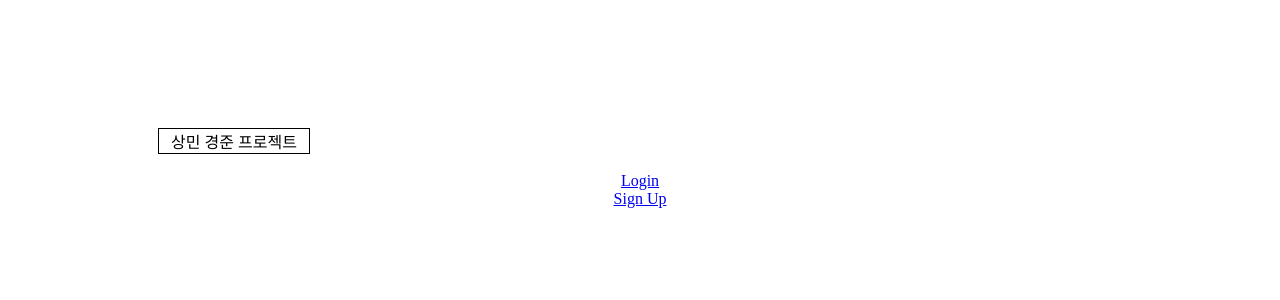
Repository: smandkd/Multicampus_Frontend
Page: http://localhost/Mulcam_Project/jsp/start.jsp
These files come from the project's save history. The page is drawn as it stood at one moment and after the next save; the edit follows.
The browser window is 1280 px wide. The pictures show the whole page.
The page is served by Tomcat 9.

Above is the page before, as saved 2022-01-30 02:26:57.

### Mulcam_Project/jsp/start.jsp
<%@ page contentType="text/html; charset=utf-8"
    pageEncoding="EUC-KR"%>
<!DOCTYPE html>
<html>
<head>
<meta name="viewport" content="width=device-width, initial-scale=1.0">
<style type="text/css">
.a {
	text-align:center;
	padding-top:120px;
}
#b {
	border:1px solid;
	width:150px;
	margin-left:150px;
	margin-right:150px;
}
</style>
</head>
<body>
<div class="a">
<div id="b">
 상민 경준 프로젝트
</div>
 <br/>
 	<a href="test_login.jsp">Login</a>
 	<br/>
 	<a href="test_signup.jsp">Sign Up</a>
</div>

</body>
</html>
<!--
 메인페이지

-- 로그인, 회원가입
-->

After the next save:
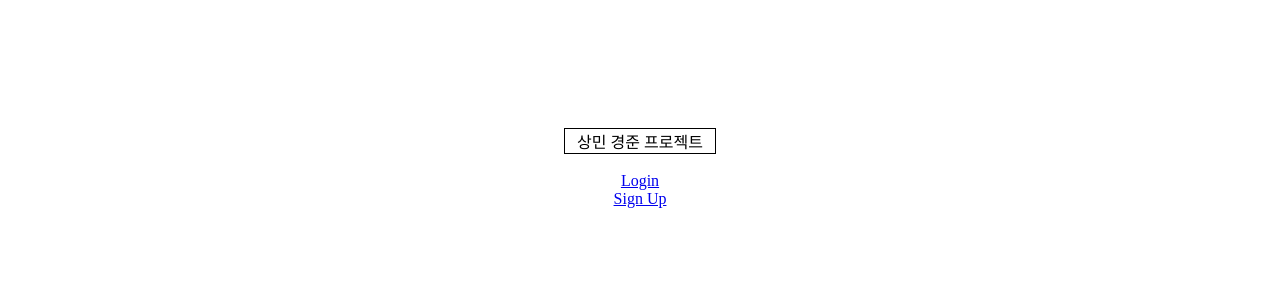
Saved 57 s later.
--- a/Mulcam_Project/jsp/start.jsp
+++ b/Mulcam_Project/jsp/start.jsp
@@ -12,8 +12,7 @@
 #b {
 	border:1px solid;
 	width:150px;
-	margin-left:150px;
-	margin-right:150px;
+	margin:0 auto;
 }
 </style>
 </head>
